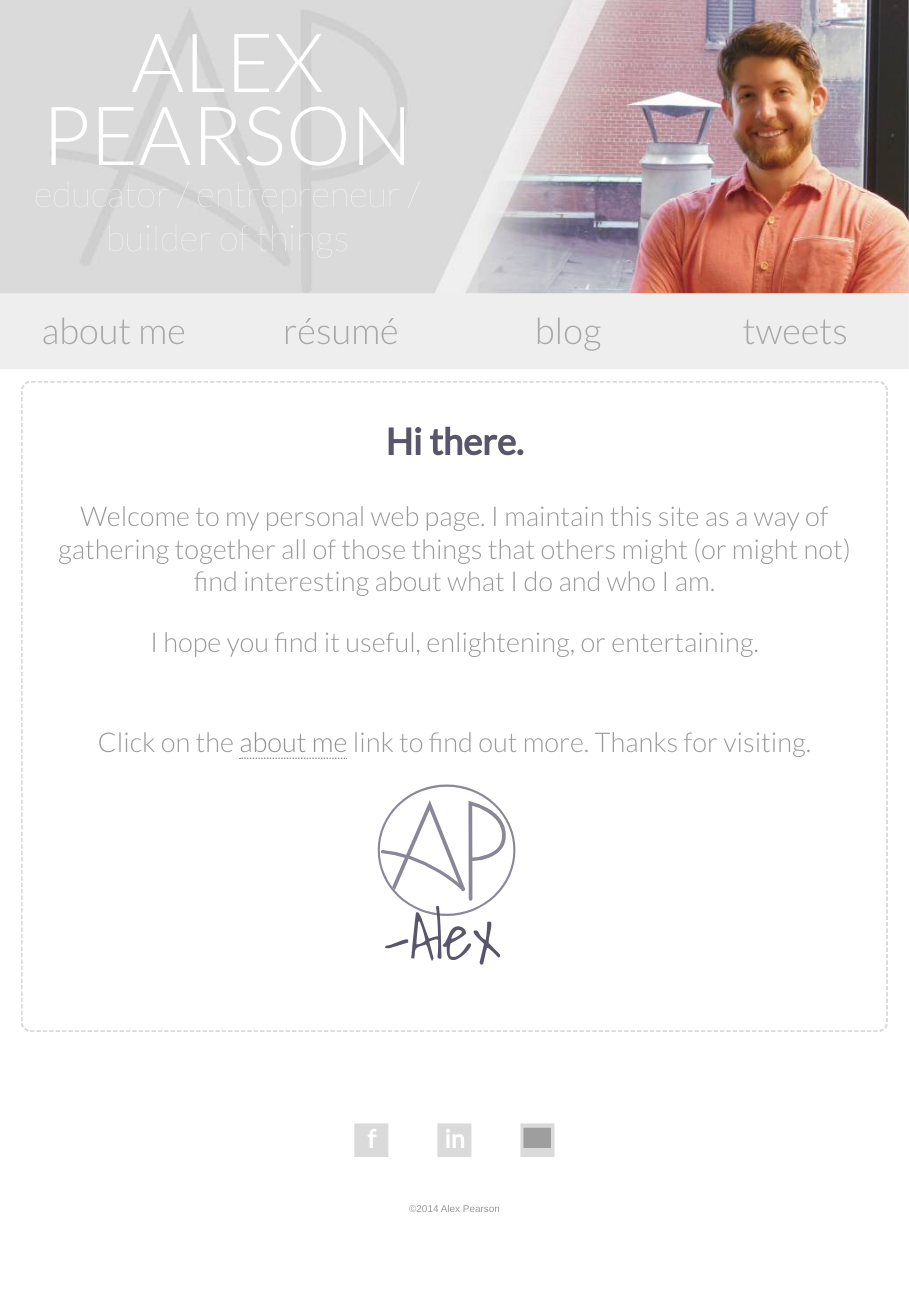
Repository: NAlexPear/personal-page
Page: about/index.html
The author's editor kept a record of every edit. The page is drawn from the files as they stood at one moment, then again after the next edit.
The browser window is 1280 px wide. The pictures show the whole page, at 71% of full size.
Pictures or frames that could not be fetched are drawn as grey boxes.

Above is the page before.

After the next edit:
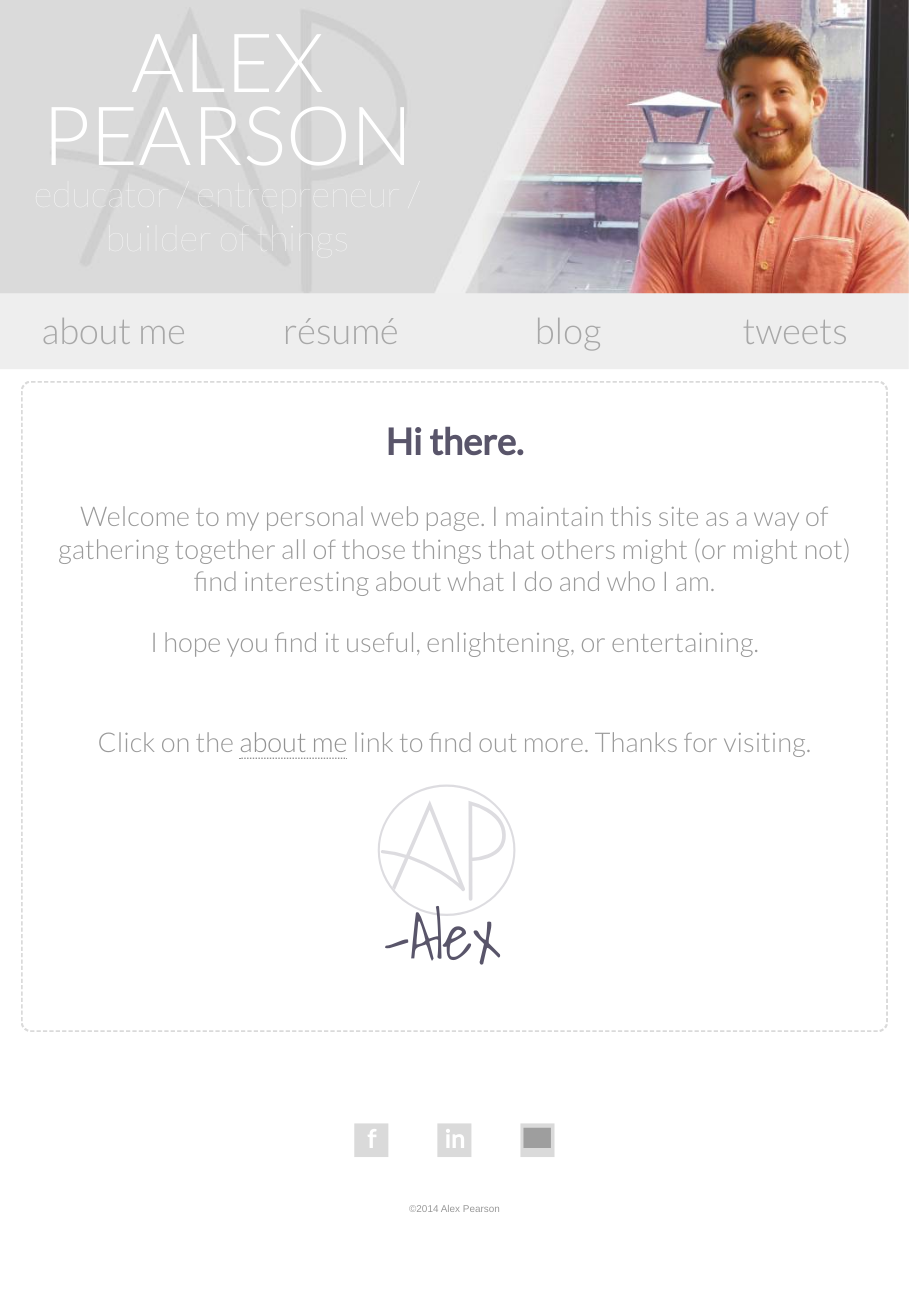
The edit:
--- a/theme/css/maintemplate2.css
+++ b/theme/css/maintemplate2.css
@@ -79,7 +79,7 @@
     width:40%;
     height:14vw;
     margin-bottom:0;
-    opacity: 0.7;
+    opacity: 0.2;
     border: 0.3vw solid #59556a;
     border-radius:50%;
 }
